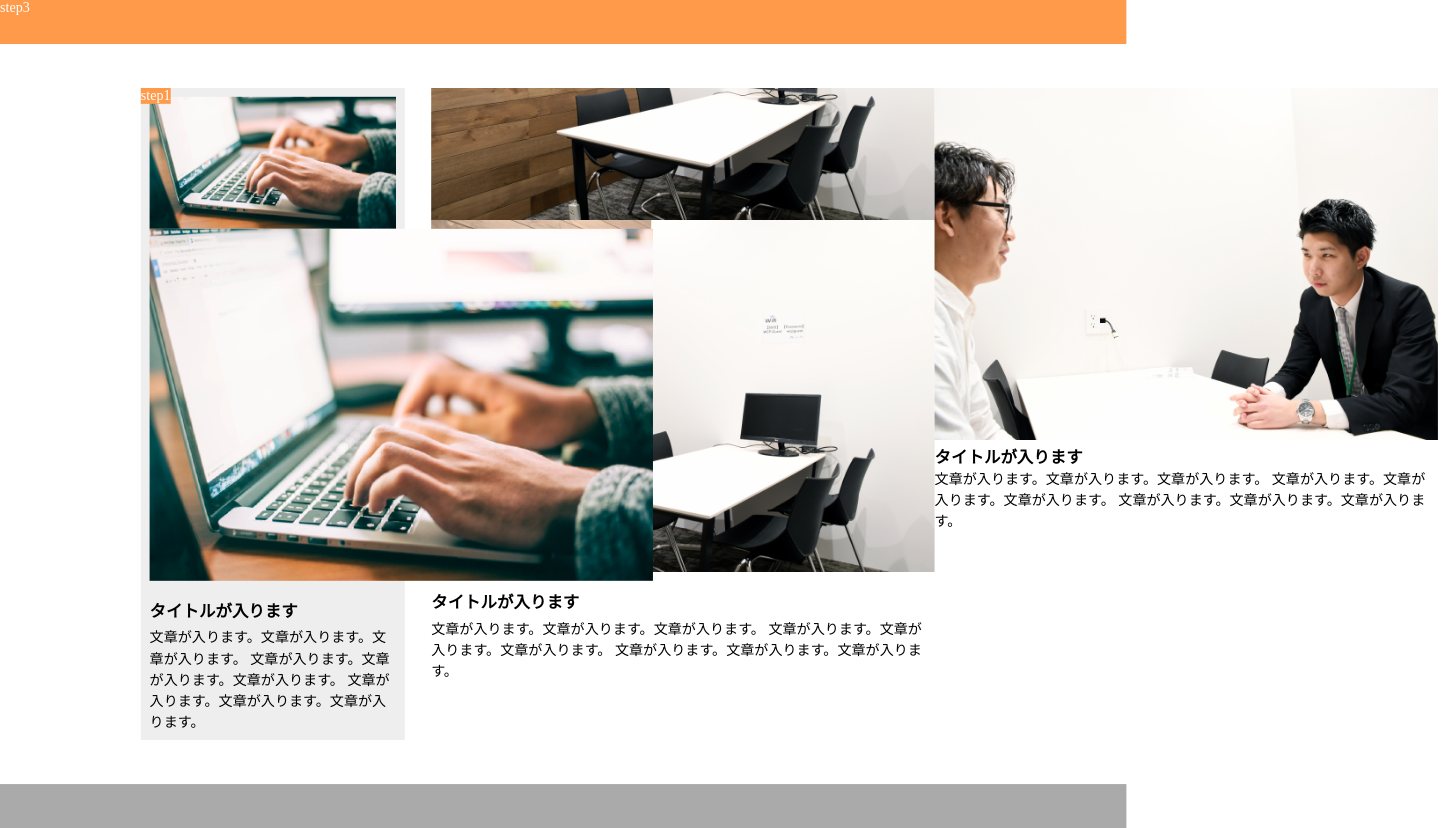
Repository: eyaonu/application2
Page: chapter9/answer9.html
The author's editor kept a record of every edit. The page is drawn from the files as they stood at one moment, then again after the next edit.
The browser window is 1280 px wide. The page is 1634 px wide, then 1644 px, so the pictures cover 1644 px, including what lies to the right of the window. The pictures show the whole page, at 88% of full size.

Above is the page before.

### chapter9/answer9.html
<!DOCTYPE html>
<html lang="ja">
  <head>
    <meta charset="UTF-8" />
    <!-- CSSファイルの読み込み -->
    <title>answer9</title>
    <link rel="stylesheet" href="style9.css" />
  </head>

  <body>
    <header></header>
    <main>
      <div class="content-box">

        <div class="step-box">
          <span class="step-num">step1</span>
          <div class="step-img1"></div>
          <img class="img" src="img/flow01.png" />
          <h3 class="title">タイトルが入ります</h3>
          <p class="text">
            文章が入ります。文章が入ります。文章が入ります。
            文章が入ります。文章が入ります。文章が入ります。
            文章が入ります。文章が入ります。文章が入ります。
          </p>
        </div>

        <div claas="step-box">
          <div class="step-img2"></div>
          <img class="img" src="img/flow02.png" />
          <span class="step-num">step2</span>
          <h3 class="title">タイトルが入ります</h3>
          <p class="text">
            文章が入ります。文章が入ります。文章が入ります。
            文章が入ります。文章が入ります。文章が入ります。
            文章が入ります。文章が入ります。文章が入ります。
          </p>
        </div>

        <div claas="step-box">
          <div claas="step-img3"></div>
          <img claas="img" src="img/flow03.png" />
          <span class="step-num">step3</span>
          <h3>タイトルが入ります</h3>
          <p class="text">
            文章が入ります。文章が入ります。文章が入ります。
            文章が入ります。文章が入ります。文章が入ります。
            文章が入ります。文章が入ります。文章が入ります。
          </p>
        </div>

      </div>
    </main>
    <footer></footer>
  </body>
</html>

### chapter9/style9.css
* {
  box-sizing: border-box;
  margin: 0;
  padding: 0;
}

header {
  width: 100%;
  height: 50px;
  background-color: #FF9A4B;
}

main {
  width: 100%;
}

.content-box {
  width: 960px;
  margin: 50px auto;
  display: flex;
}

.step-box {
  width: 300px;
  margin-right: 30px;
  padding: 10px;
  position: relative;
  background-color: #EEEEEE;
}

.step-box:last-child {
  margin-right: 0;
}

.step-img1 {
  height: 150px;
  background-image: url(img/flow01.png);
  background-position: bottom;
  background-size: cover;
}

.step-img2 {
  height: 150px;
  background-image: url(img/flow02.png);
  background-position: bottom;
  background-size: cover;
}

.step-img3 {
  height: 150px;
  background-image: url(img/flow03.png);
  background-position: bottom;
  background-size: cover;
}

.step-num {
  position: absolute;
  top: 0;
  left: 0;
  background-color: #FF9A4B;
  color: #FFFFFF;
}

.title {
  margin: 15px 0 5px;
}

footer {
  height: 50px;
  background-color: #AAAAAA;
}

After the next edit:
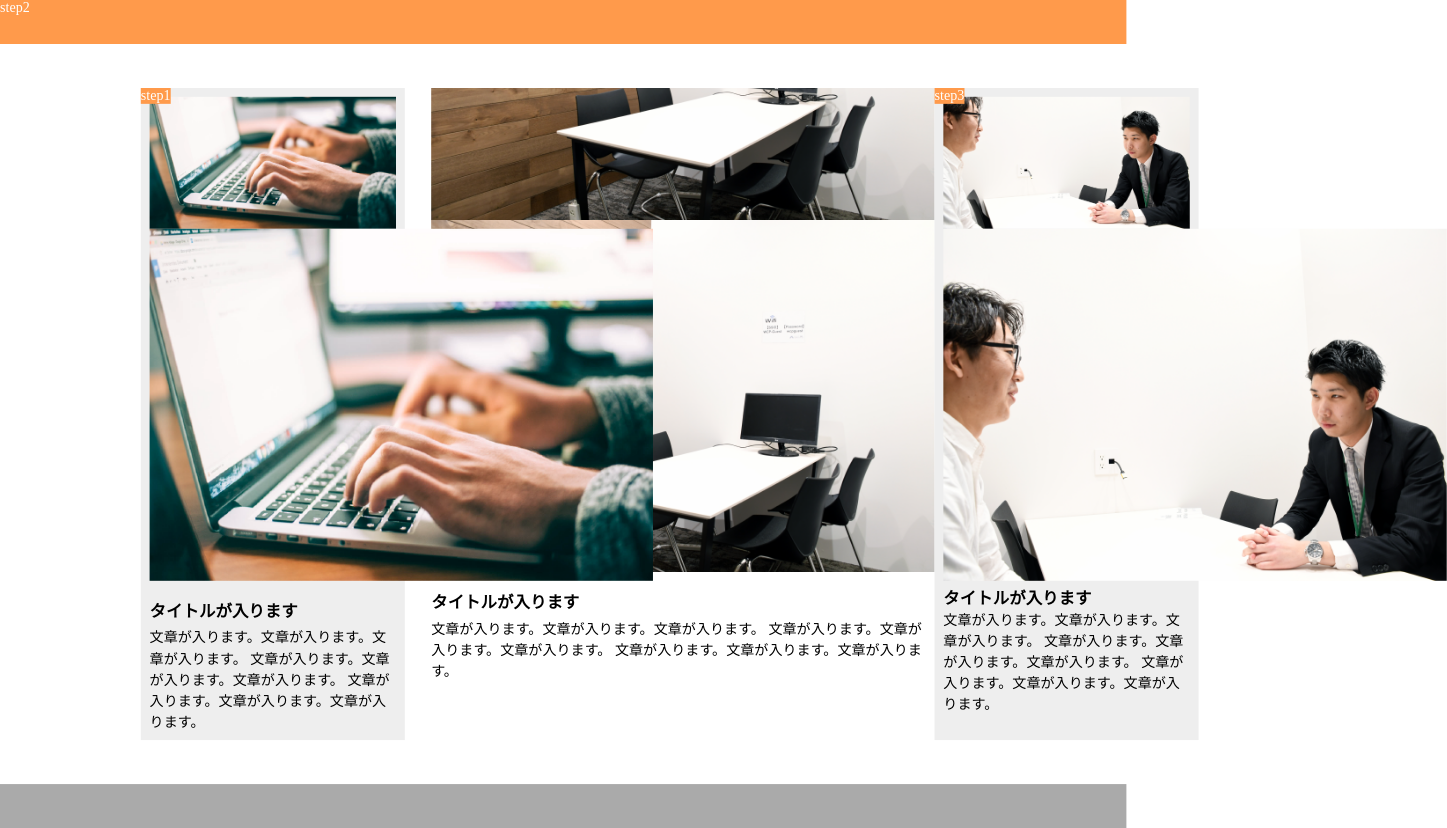
The edit:
--- a/chapter9/answer9.html
+++ b/chapter9/answer9.html
@@ -36,9 +36,9 @@
           </p>
         </div>
 
-        <div claas="step-box">
-          <div claas="step-img3"></div>
-          <img claas="img" src="img/flow03.png" />
+        <div class="step-box">
+          <div class="step-img3"></div>
+          <img class="img" src="img/flow03.png" />
           <span class="step-num">step3</span>
           <h3>タイトルが入ります</h3>
           <p class="text">
